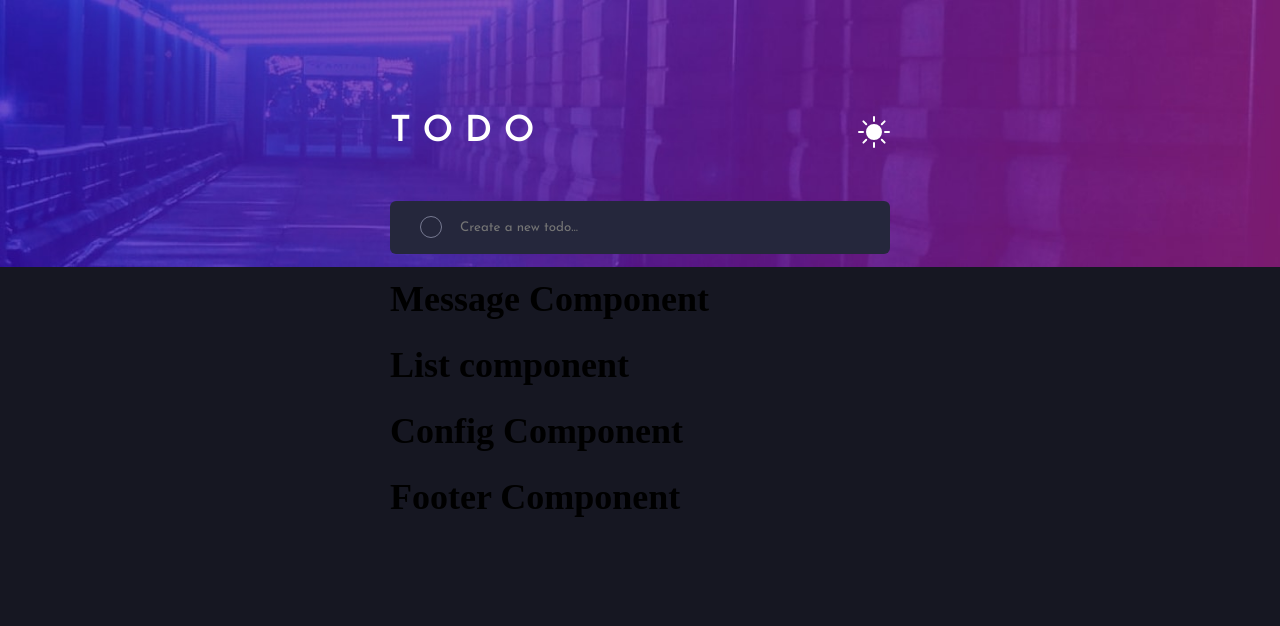
Repository: SOTASHE/React-Firebase-Todo
Page: /
These files come from the project's save history. The page is drawn as it stood at one moment and after the next save; the edit follows.
The browser window is 1280 px wide. The pictures show the whole page.
The page's requests for data from a server got no answer. The project was rebuilt for these pictures with package versions that can differ from the ones it lists, and the page was loaded fresh each time. No one was signed in, and anything a server would have sent is missing. Also part of the build but not shown: webpack.config.js.

Above is the page before, as saved 2022-02-08 22:03:07.

After the next save:
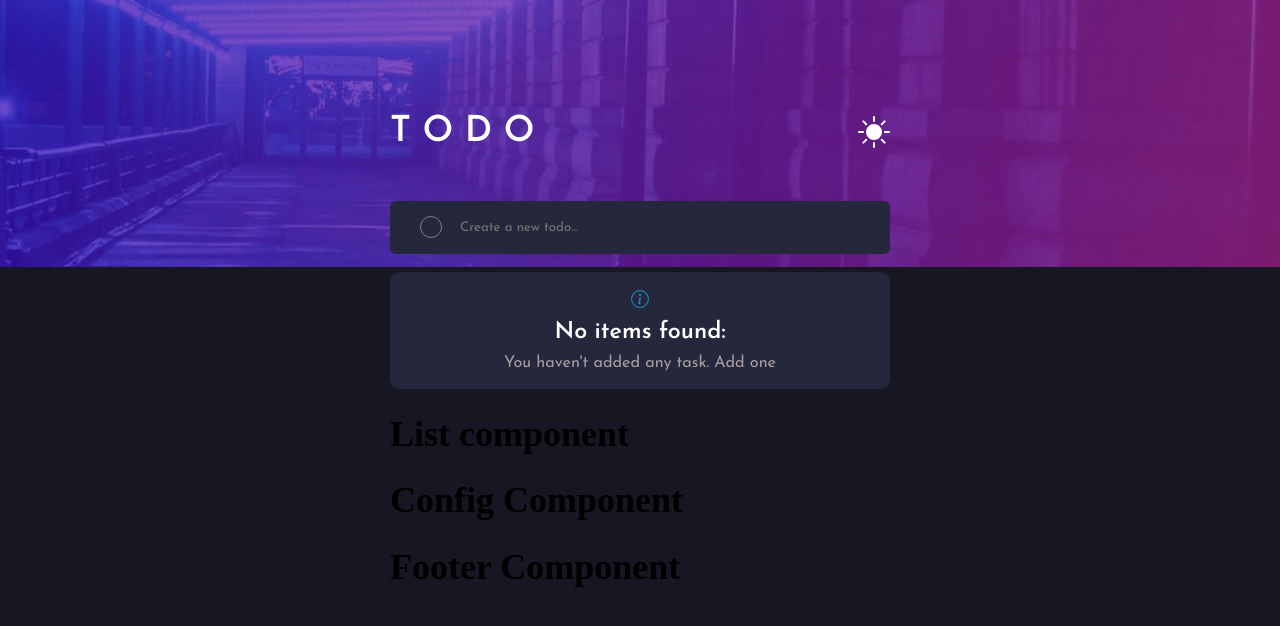
Saved 3 min 45 s later.
--- a/src/components/msg.component.jsx
+++ b/src/components/msg.component.jsx
@@ -1,12 +1,50 @@
-import React from 'react'
+import React, { useEffect, useState } from "react";
+// Icons
+import { BsInfoCircle } from "react-icons/bs";
 
-const Msg= () => {
-  return <div>
-     <h1>
-         Message Component
-     </h1>
-
-  </div>;
-};
+const Msg = ({ tasks, filter, loading }) => {
+    const [Message, setMessage] = useState(null);
+    useEffect(() => {
+        if(loading) return;
+        if(tasks.length > 0) {
+            setMessage(null);
+            return;
+        }
+        if (tasks.length <= 0 && filter === "all") {
+            setMessage({
+                title: "No items found",
+                text: "You haven't added any task. Add one"
+            });
+        }
+        if (tasks.length <= 0 && filter === "active") {
+            setMessage({
+                title: "No active tasks found",
+                text: "¡Great! You don't have active tasks"
+            });
+        }
+        if (tasks.length <= 0 && filter === "completed") {
+            setMessage({
+                title: "No completed tasks found",
+                text: "So bad... You need to get back to work!"
+            });
+        }
+    }, [tasks]);
+    return (
+        <>
+            {
+                Message
+                    ?
+                    <div className="msg">
+                        <BsInfoCircle className="icon"/>
+                        <h2 className="title">
+                            {Message.title}:
+                        </h2>
+                        <span className="text">{Message.text}</span>
+                    </div>
+                    : null
+            }
+        </>
+    )
+}
 
 export default Msg;
